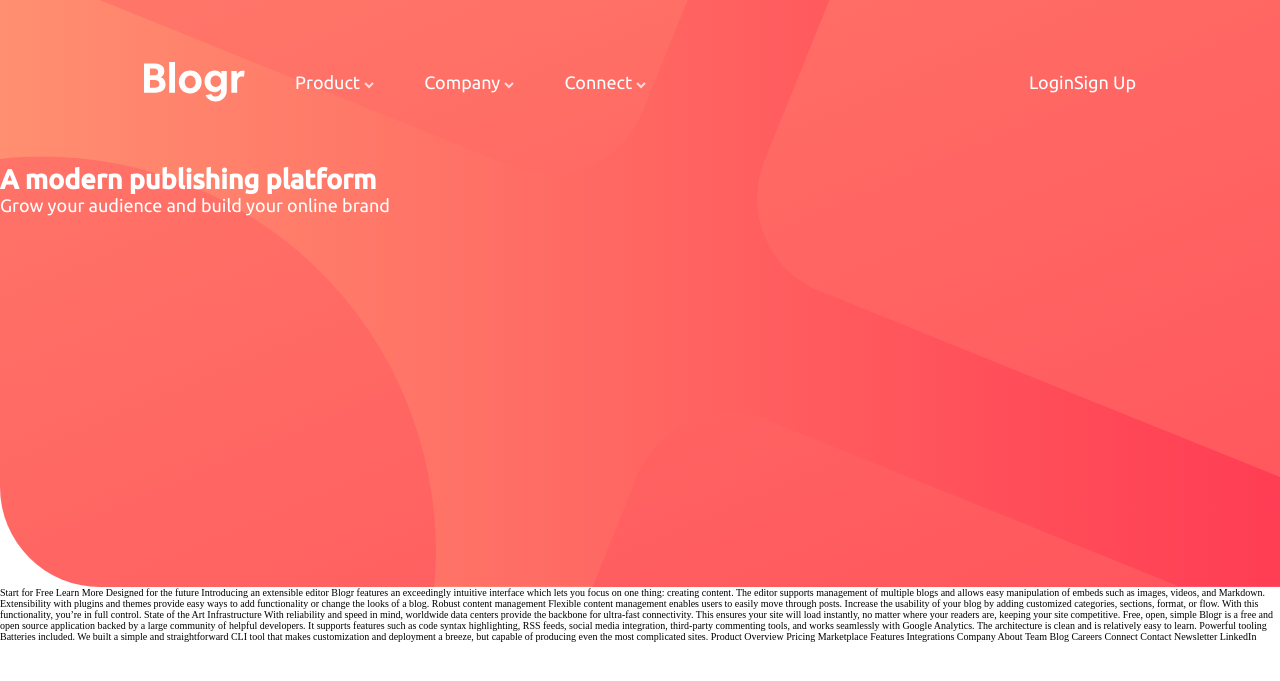
Repository: tomas938/tomaspage3
Page: index.html
The author's editor kept a copy of each file at every save. The page is drawn from the files as they stood at one save, then again after the next save.
The browser window is 1280 px wide. The pictures show the whole page.
The style sheet was rebuilt from its Sass, Less or Tailwind sources for each picture, by a compiler version that may differ from the author's.

Above is the page before, as saved 2021-07-30 09:04:17.

After the next save:
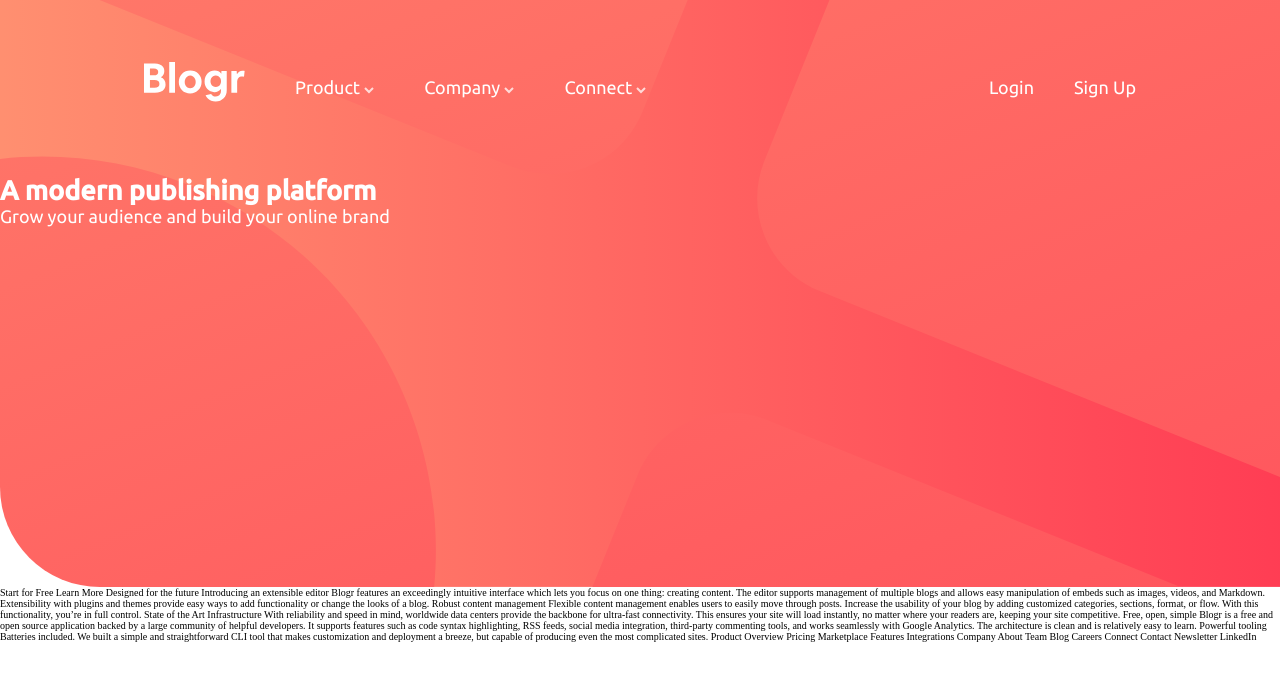
Saved 12 s later.
--- a/scss_partials/_intro.scss
+++ b/scss_partials/_intro.scss
@@ -52,7 +52,7 @@
 			// 	background-color: hsla(0, 0%, 100%, 0.267);
 			// 	color: $white;
 			// }
-			.button {
+			.button-1 {
 				padding: 1.5rem 4rem;
 			}
 		}

After the save that followed:
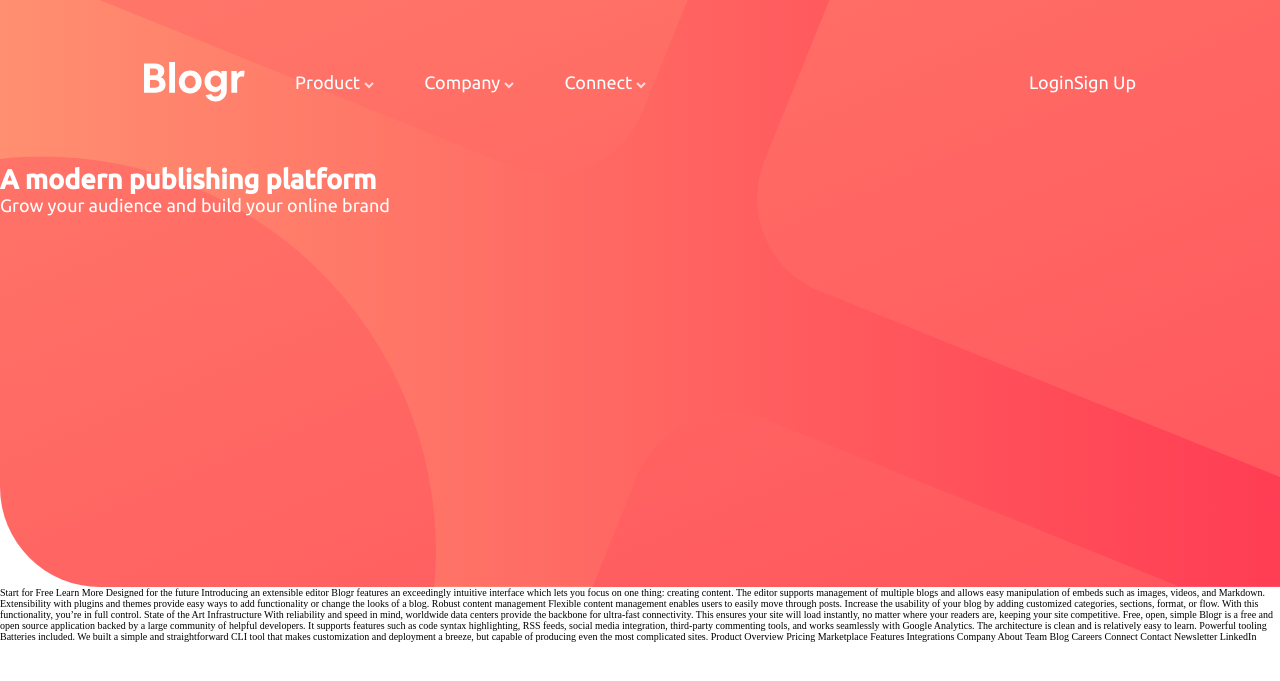
Saved 16 s later.
--- a/index.html
+++ b/index.html
@@ -68,8 +68,8 @@
 						</ul>
 					</div>
 					<div class="intro__navigation__login">
-						<div class="button-1">Login</div>
-						<div class="button-2">Sign Up</div>
+						<div class="button">Login</div>
+						<div class="button">Sign Up</div>
 					</div>
 				</nav>
 			</header>
